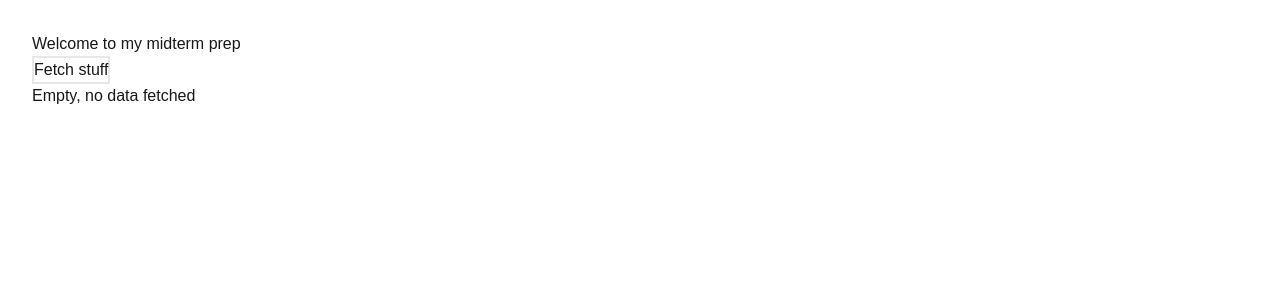
Repository: MonicaNguyenH/MDIA3126
Page: / (app in midterm-prep/)
The author's editor kept a copy of each file at every save. The page is drawn from the files as they stood at one save, then again after a run of saves.
The browser window is 1280 px wide. The pictures show the whole page.
The project was rebuilt for these pictures with package versions that can differ from the ones it lists, and the page was loaded fresh each time. The framework's server and built-in components were replaced by stand-ins that run in the browser. Also part of the build but not shown: midterm-prep/next.config.mjs.

Above is the page before, as saved 2024-10-29 15:17:07.

### midterm-prep/src/app/page.js
"use client"
import { useState } from "react";

// TODO
// - add button
// - function to fetch data
// - fuction to add data to state
// - make it responsive
// - display data
// - function to clear data
// - component for empty state
// = component for data state
// - error handling if the data doesnt come back

export default function Home() {
  // if usestate is not null, probally fetching or loading data, or have data
  // if usestate = data, we can display our data
  const[astronomyData, setAstronomyData] = useState(null);
  const[loading, setLoading] = useState(null);

  async function fetchAstronomyData() {
    // fetch data
    // waiting for other service to send back the data (getting result somewhere else)

    setLoading(true);
    const response = await fetch("https://api.nasa.gov/planetary/apod?api_key=DEMO_KEY&count=15")

    const data = await response.json();

    setAstronomyData(data);
    setLoading(false);
  };

  const DisplayAstronomyData = () => {
    // display if we have data
    // loading state (maybe data?)
    // fulfilled state (data exists)
    // empty state (!data)

    let formattedData = JSON.stringify(astronomyData);
    if(loading) return <div>Loading</div>
    if(astronomyData) return <div>display data here</div>
    if(astronomyData) {
      const dataThatIsFormattedorDisplay = [];
      astronomyData.forEach((entry, i) => {
        dataThatIsFormattedorDisplay.push(
        <article
          key={1}>
            <img src={entry.url} />
            <h3>{entry.title}</h3>
            <p>{entry.explanation}</p>
        </article>)
      })
      return <section>{dataThatIsFormattedorDisplay}</section>
    }
    return <div>Empty, no data fetched</div>
  };

  const Header = () => {
    // build the UI that grabs data
    return<header>
      Welcome to my midterm prep
      <br />
      <button className="border-solid border-2" onClick={fetchAstronomyData}>Fetch stuff</button>
    </header>
  }


  return (
    <div className="m-8">
      <Header />
      <DisplayAstronomyData />
    </div>
  );
}

Loaded but not shown: midterm-prep/src/app/layout.js (common file); midterm-prep/src/app/globals.css (common file); midterm-prep/tailwind.config.js (common file)

After the next 2 saves:
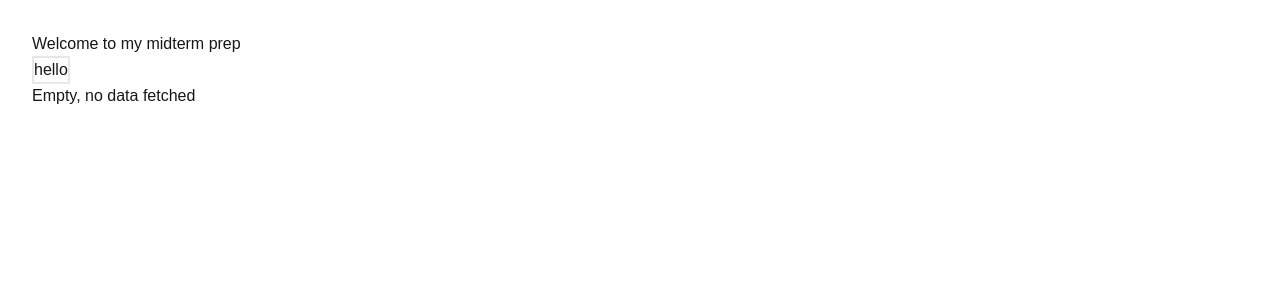
The 2 saves are shown as one change because 1 did not build or start.
The last was saved 2 min 8 s later.
--- a/midterm-prep/src/app/page.js
+++ b/midterm-prep/src/app/page.js
@@ -39,7 +39,7 @@ export default function Home() {
 
     let formattedData = JSON.stringify(astronomyData);
     if(loading) return <div>Loading</div>
-    if(astronomyData) return <div>display data here</div>
+
     if(astronomyData) {
       const dataThatIsFormattedorDisplay = [];
       astronomyData.forEach((entry, i) => {
@@ -61,7 +61,12 @@ export default function Home() {
     return<header>
       Welcome to my midterm prep
       <br />
-      <button className="border-solid border-2" onClick={fetchAstronomyData}>Fetch stuff</button>
+      <button
+        disabled={loading}
+        className="border-solid border-2"
+        onClick={fetchAstronomyData}>
+          hello
+      </button>
     </header>
   }
 
